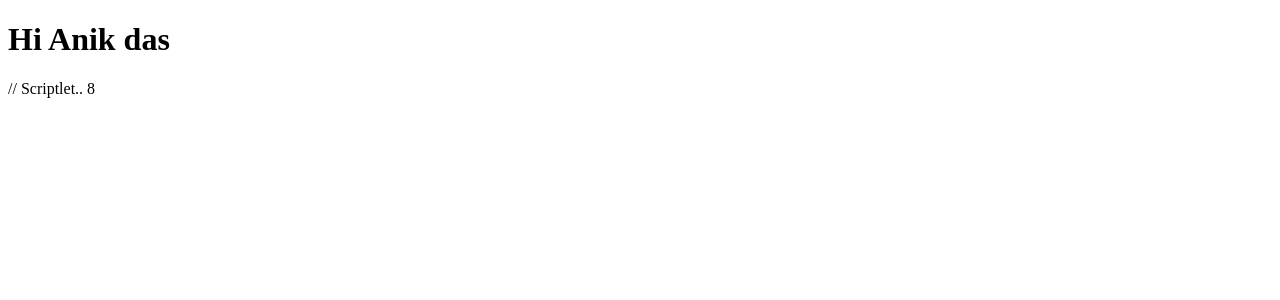
Repository: anik3395/JavaServletProjects
Page: http://localhost/JspDemo1/
The author's editor kept a copy of each file at every save. The page is drawn from the files as they stood at one save, then again after the next save.
The browser window is 1280 px wide. The pictures show the whole page.
The page is served by Tomcat 9.

Above is the page before, as saved 2024-10-21 09:08:24.

### eclipse-workspace/JspDemo1/src/main/webapp/index.jsp
<%@ page language="java" contentType="text/html; charset=UTF-8"
    pageEncoding="UTF-8"%>
<!DOCTYPE html>
<html>
<head>
<meta charset="UTF-8">
<title>Insert title here</title>
</head>
<body>
   <h1>Hi Anik das</h1>
// Scriptlet..
   <%
     String name = "Anik das";
     int length = name.length();
   %>

   <%= length %>
</body>
</html>

After the next save:
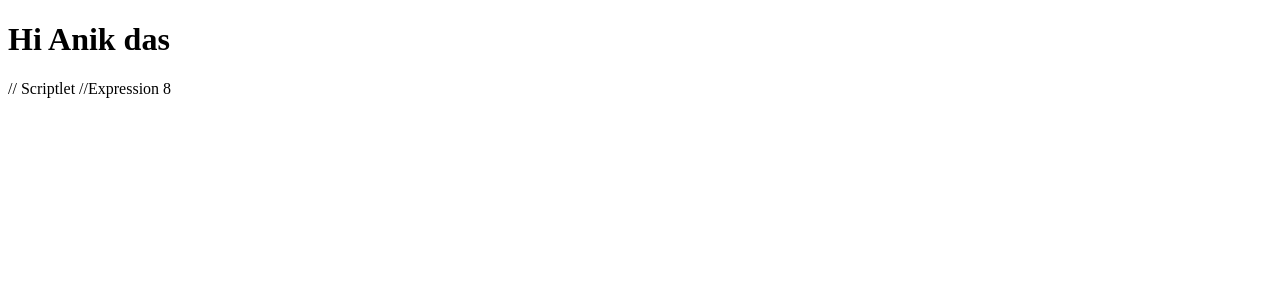
Saved 44 s later.
--- a/eclipse-workspace/JspDemo1/src/main/webapp/index.jsp
+++ b/eclipse-workspace/JspDemo1/src/main/webapp/index.jsp
@@ -8,12 +8,12 @@
 </head>
 <body>
    <h1>Hi Anik das</h1>
-// Scriptlet..
+// Scriptlet
    <%
      String name = "Anik das";
      int length = name.length();
    %>
-
+   //Expression
    <%= length %>
 </body>
 </html>
